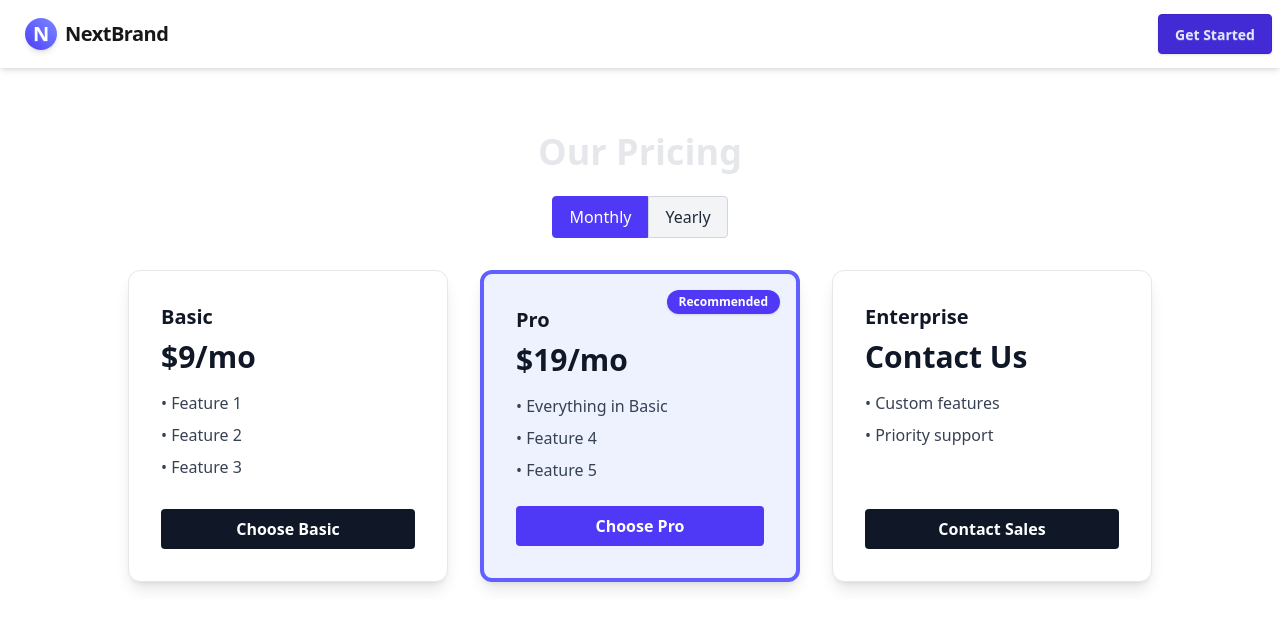
Repository: Chiranshukapil/Next_Brand
Page: /pricing
These files come from the project's save history. The page is drawn as it stood at one moment and after the next save; the edit follows.
The browser window is 1280 px wide. The pictures show the whole page.
The project was rebuilt for these pictures with package versions that can differ from the ones it lists, and the page was loaded fresh each time. Also part of the build but not shown: vite.config.js.

Above is the page before, as saved 2025-06-18 11:42:59.

After the next save:
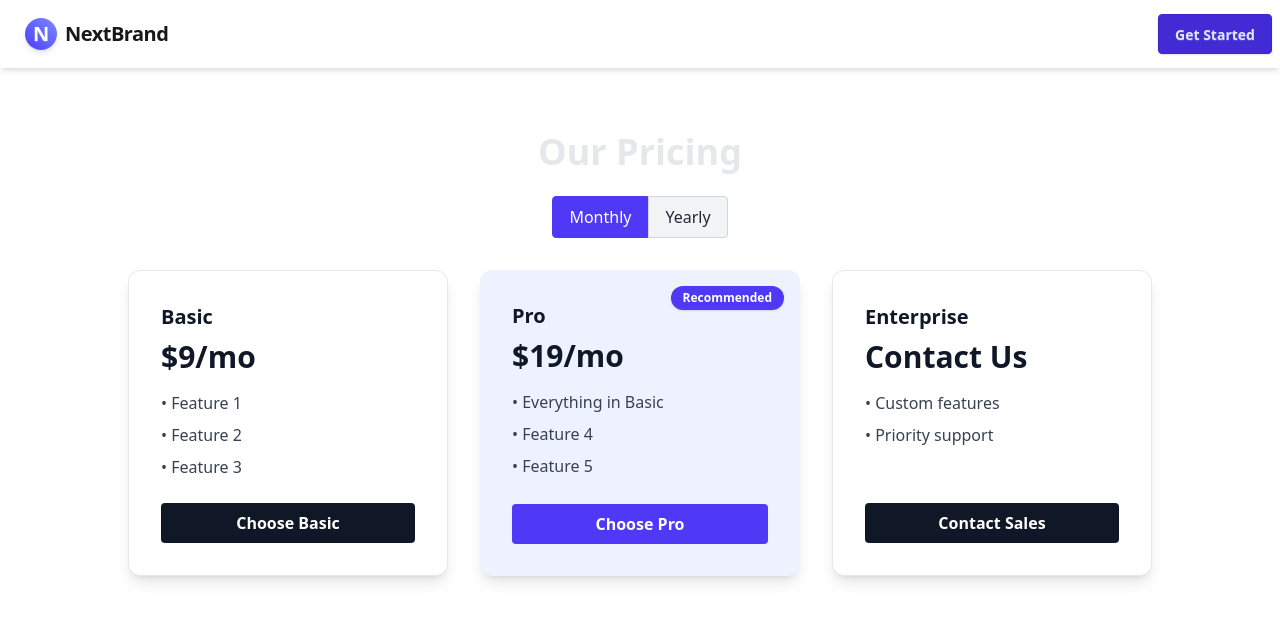
Saved 13 s later.
--- a/src/Components/PricingSection.jsx
+++ b/src/Components/PricingSection.jsx
@@ -75,7 +75,7 @@ export default function PricingSection() {
             key={plan.name}
             className={`relative flex flex-col p-8 rounded-xl shadow-lg transition-transform hover:scale-105 ${
               plan.recommended
-                ? "border-4 border-indigo-500 bg-indigo-50"
+                ? "border- border-indigo-500 bg-indigo-50"
                 : "bg-white border border-gray-200"
             }`}
           >
